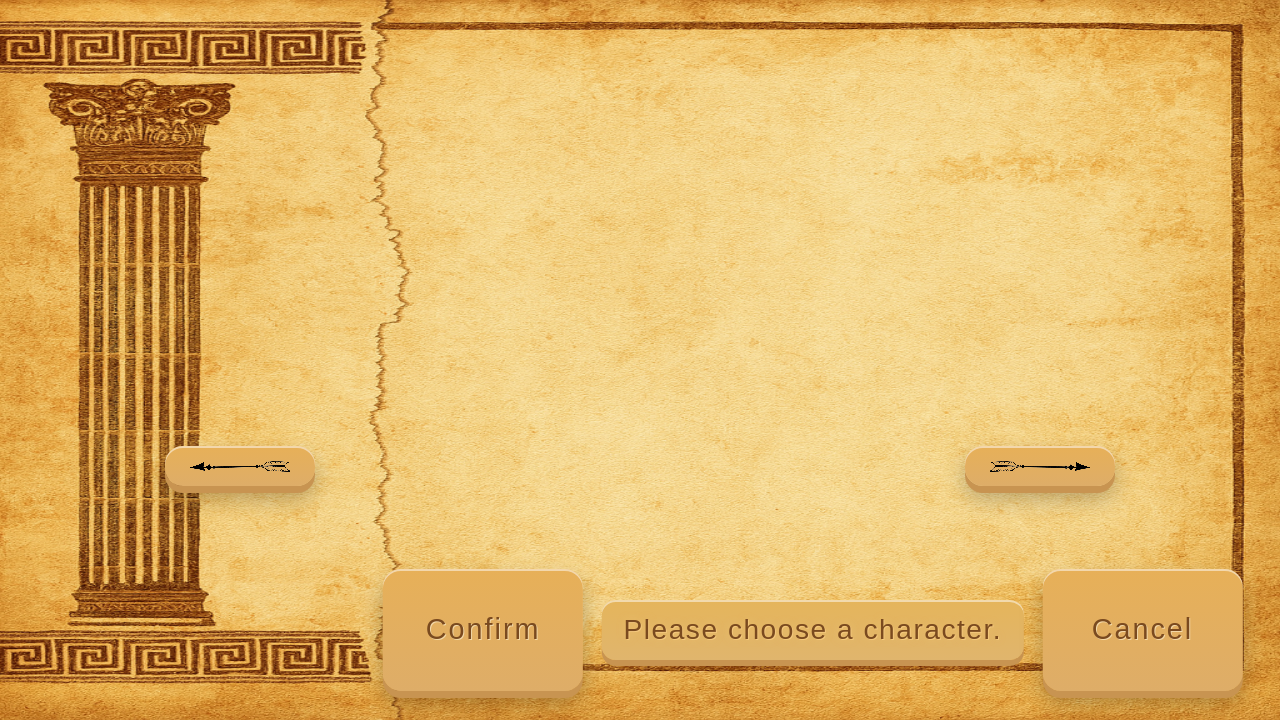
Repository: brianabariteau/Web-1-Final-Project-2025
Page: features/character-selection/character-selection.html
These files come from the project's save history. The page is drawn as it stood at one moment and after the next save; the edit follows.
The browser window is 1280 px wide. The pictures show the whole page.
The page's requests for data from a server got no answer. Some web fonts or font styles are not loaded; a fallback is used.

Above is the page before, as saved 2025-12-21 23:56:36.

### features/character-selection/character-selection.html
<!DOCTYPE html>
<html lang="en">
  <head>
    <meta charset="UTF-8" />
    <meta name="viewport" content="width=device-width, initial-scale=1.0" />
    <title>Player Selection</title>
    <link
      rel="icon"
      type="image/x-icon"
      href="../../assets/characters/zeus.png"
    />
    <link rel="stylesheet" href="./character-selection.css" />
    <script type="module" src="./character-selection.js" defer></script>
    <script
      src="https://code.jquery.com/jquery-3.7.1.min.js"
      integrity="sha256-/JqT3SQfawRcv/BIHPThkBvs0OEvtFFmqPF/lYI/Cxo="
      crossorigin="anonymous"
    ></script>
    <link
      href="https://fonts.googleapis.com/css2?family=Jersey+25&display=swap"
      rel="stylesheet"
    />
  </head>
  <body></body>
</html>

### features/character-selection/character-selection.css
/* -- General Page Layout -- */

body {
  margin: 0;
  padding: 0;
  width: 100vw;
  height: 100vh;
  overflow: hidden;

  display: flex;
  justify-content: center;
  align-items: center;

  position: relative;
  font-family: "Press Start 2P", monospace;
}

/* Full-screen background */
.background {
  position: absolute;
  inset: 0;
  width: 100%;
  height: 100%;
  z-index: -1;
}

/* -- Character Selector Grid [avatar1/2/3] -- */

.character-row {
  /*display: flex;
  justify-content: center;
  align-items: center;
  gap: 1rem;

  position: absolute;
  top: 10%;
  width: 100%;*/
  display: flex;
  justify-content: center;
  align-items: center;
  gap: 1rem;
  width: 100%;
  position: relative; /* not absolute */
}

/* All avatar boxes */
.avatar1,
.avatar2,
.avatar3 {
  /*width: 340px;
  height: 450px;*/
  width: min(28vw, 370px); /* 28% of viewport width, max 340px */
  height: min(28vw, 440px);

  background: transparent;
  border: none;
  padding: 0;

  position: relative;
  cursor: pointer;
  transition: transform 120ms ease;
}

.avatar1:hover,
.avatar2:hover,
.avatar3:hover {
  transform: scale(1.05);
}

/* The decorative box asset */
.background-boxes {
  position: absolute;
  inset: 0;
  width: 100%;
  height: 100%;
  object-fit: fill;
  z-index: 0;
  pointer-events: none;
}

/* If later you put the character image inside an avatar */
.player-avatar {
  position: relative;
  z-index: 1;
  width: 140px;
  height: auto;
  image-rendering: pixelated;
}

/* Info inside the avatar (optional) */
.player-info {
  position: relative;
  z-index: 2;
  color: brown;
  text-shadow: 2px 2px #000;
  font-size: 14px;
  text-align: left;
  margin-left: 10px;
}

/* ───────────── SCROLL ARROWS ABOVE TEXT BOX ───────────── */

.scroll-arrows {
  width: min(200vw, 950px); /* narrower than full screen */
  margin: 0 auto;
  display: flex;
  justify-content: space-between; /* left arrow on left, right arrow on right */
  align-items: center;

  padding: 0 5vw; /* adjusts how far arrows sit from edges */
  position: relative;
  z-index: 15;
  gap: 8rem;
}

/* =========================
   ARROW BUTTON BASE
========================= */
.left-arrow,
.right-arrow {
  width: 150px;
  height: 40px;

  background: linear-gradient(to bottom, #e7b058, #dead68);
  border-radius: 18px;
  border: none;

  display: flex;
  align-items: center;
  justify-content: center;

  cursor: pointer;

  box-shadow: inset 0 2px 0 rgba(255, 255, 255, 0.5), 0 7px 0 #c89451,
    0 12px 22px rgba(0, 0, 0, 0.25);

  transition: transform 0.15s ease, box-shadow 0.15s ease, filter 0.15s ease;
}

.left-arrow:hover,
.right-arrow:hover {
  filter: brightness(1.05);

  box-shadow: inset 0 2px 0 rgba(255, 255, 255, 0.6), 0 7px 0 #c89451,
    0 0 18px rgba(255, 210, 130, 0.7), 0 0 36px rgba(255, 200, 100, 0.4);
}

.left-arrow:active,
.right-arrow:active {
  transform: translateY(5px);

  box-shadow: inset 0 2px 0 rgba(255, 255, 255, 0.4), 0 3px 0 #c89451;
}

.arrowImg {
  width: 100px;
  height: auto;
  image-rendering: pixelated;
  pointer-events: none;
}

.switch-characters {
  display: flex;
  flex-direction: column;
  align-items: center;
  gap: 1rem; /* space between avatars and arrows */

  width: min(90vw, 1200px);
  position: absolute;
  top: 10%;
  width: 100%;
}

/* Every stat becomes a tooltip target */
.stat {
  position: relative;
  cursor: help;
}

/* Tooltip bubble */
.stat:hover::after {
  content: attr(data-info);
  position: absolute;
  left: 50%;
  bottom: 120%;
  transform: translateX(-50%);

  width: max-content;
  max-width: 220px;

  background: rgba(0, 0, 0, 0.9);
  color: white;
  padding: 8px 10px;
  border-radius: 6px;
  font-size: 10px;
  line-height: 1.2;
  text-shadow: none;

  pointer-events: none;
  z-index: 999;
}

/* Tooltip arrow */
.stat:hover::before {
  content: "";
  position: absolute;
  left: 50%;
  bottom: 110%;
  transform: translateX(-50%);

  border-width: 6px;
  border-style: solid;
  border-color: rgba(0, 0, 0, 0.9) transparent transparent transparent;

  z-index: 998;
}

/* ───────────── TEXT BOX (your .box image) ───────────── */

.bottom-panel {
  position: absolute;
  /*bottom: -3%;  how far from bottom of screen */
  bottom: 4%;
  left: 60%;
  /*transform: translateX(-30%);  center horizontally */
  transform: translateX(-45%);

  width: min(70vw, 900px);
  /*width: 40%;  adjust width as needed */
  /*max-width: 900px; */

  display: grid;
  grid-template-columns: 1fr auto 1fr; /* left | center | right */
  align-items: center;
  justify-items: center;
  margin: 0;

  z-index: 10;
}

.box {
  font-size: clamp(1.4rem, 2.2vw, 2rem);
  color: #7a4a1f;
  letter-spacing: 1.5px;

  text-shadow: 1px 1px 0 #f4c87d, 0 0 8px rgba(255, 210, 130, 0.35);

  background: linear-gradient(to bottom, #e5b55b, #e0b56d);
  padding: 14px 22px;
  border-radius: 14px;

  box-shadow: inset 0 2px 0 rgba(255, 255, 255, 0.5), 0 6px 0 #c89451;

  pointer-events: none;
}

/* ───────────── CONFIRM + CANCEL BUTTONS ───────────── */

.button-left,
.button-right {
  display: flex;
  justify-content: center;
  align-items: center;
}

.buttons {
  display: flex;
  gap: 0rem; /* spacing between confirm/cancel */
  position: relative; /* NOT absolute */
  z-index: 10;
}

.confirm,
.cancel {
  min-width: 200px;
  padding: 16px 30px;

  background: linear-gradient(to bottom, #e7b058, #dead68);
  border: none;
  border-radius: 18px;

  cursor: pointer;

  box-shadow: inset 0 2px 0 rgba(255, 255, 255, 0.5), 0 7px 0 #c89451,
    0 12px 22px rgba(0, 0, 0, 0.25);

  transition: transform 0.15s ease, box-shadow 0.15s ease, filter 0.15s ease;
}

.confirm p,
.cancel p {
  font-size: 1.8rem;
  letter-spacing: 2px;
  color: #7a4a1f;

  text-shadow: 1px 1px 0 #f3d8a8;
}

.confirm:hover,
.cancel:hover {
  filter: brightness(1.05);

  box-shadow: inset 0 2px 0 rgba(255, 255, 255, 0.6), 0 7px 0 #c89451,
    0 0 18px rgba(255, 210, 130, 0.7), 0 0 36px rgba(255, 200, 100, 0.4);
}

.confirm:active,
.cancel:active {
  transform: translateY(5px);

  box-shadow: inset 0 2px 0 rgba(255, 255, 255, 0.4), 0 3px 0 #c89451;
}

/* Position them near bottom-right like your drawing */
.cancel {
  right: 10%;
}

/* ───────────── CHARACTERS ───────────── */
.character {
  position: relative;
  z-index: 10; /* ensures text appears above the background box */
  color: rgb(133, 74, 18);
  justify-items: center;
  text-align: center;
  display: flex;
  object-fit: contain;
  /*padding: 12px 20px;*/
  padding-top: 50px;
  width: 100%;
  height: 100%;
  font-family: "Press Start 2P", monospace; /* matches your game font */
  text-shadow: 2px 2px 0px #ffffff; /* retro look */
}

.inner-character {
  width: 100%; /* smaller than full box so borders show */
  height: 70%; /* keep some space top/bottom */
  padding: 0.4rem; /* small internal padding */
  box-sizing: border-box;

  display: flex;
  flex-direction: column;
  align-items: center;
  justify-content: flex-start;
  gap: 0.1rem; /* tiny gaps between lines */

  overflow-y: auto; /* <-- important: scroll if too tall */
  scrollbar-width: none;
  -ms-overflow-style: none;
}
.character-inner::-webkit-scrollbar {
  display: none;
}

.character-inner h3 {
  margin: 0 0 4px 0;
  font-size: clamp(12px, 1.3vw, 16px);
}

.character-inner p {
  margin: 1px 0;
  font-size: clamp(10px, 1.1vw, 13px);
  line-height: 1.1;
}

/* Smaller sprite so it doesn't eat all vertical space */
.character-inner .character-img {
  width: 90px;
  height: auto;
  margin-bottom: 6px;
}

.character h3 {
  margin: 0 0 10px 0;
  /*font-size: 18px;*/
  font-size: clamp(14px, 1.6vw, 18px);
  letter-spacing: 1px;
}

.character p,
.powers-list {
  font-size: clamp(12px, 1.3vw, 14px);
}

.character p {
  margin: 3px 0;
  /*font-size: 14px;*/
  line-height: 1.2;
}

.powers-list {
  margin: 4px 0 0 16px;
  padding: 0;
  list-style-type: none;
  /*font-size: 14px;*/
}

.character-img {
  display: block;
  margin: 0 auto 10px auto; /* center horizontally + space underneath */
  width: 120px; /* adjust size */
  height: auto;
  image-rendering: pixelated;
  z-index: 5;
  pointer-events: none;
  background: transparent;
}

@media (max-width: 900px) {
  .character-row {
    flex-direction: column;
    top: 4%;
    gap: 0.5rem;
  }

  .avatar1,
  .avatar2,
  .avatar3 {
    width: 80vw;
  }
}

@media (max-width: 900px) {
  .bottom-panel {
    bottom: 2%;
    width: 90vw;
    grid-template-columns: auto;
    row-gap: 0.5rem;
  }

  .buttonImg {
    width: 120px;
  }
}

@media (max-width: 600px) {
  .arrowImg {
    width: 80px;
  }

  .scroll-arrows {
    gap: 1.5rem;
    bottom: 30%;
  }
}

@media (max-width: 600px) {
  .confirm,
  .cancel {
    min-width: 160px;
    padding: 14px 22px;
  }

  .confirm p,
  .cancel p {
    font-size: 1.4rem;
  }

  .box {
    font-size: 1.3rem;
  }
}

@media (max-width: 600px) {
  .left-arrow,
  .right-arrow {
    width: 70px;
    height: 70px;
  }

  .arrowImg {
    width: 32px;
  }
}

/* UI elements use same font as Start / Mode pages */
.confirm,
.cancel,
.box {
  font-family: "Jersey 25", sans-serif;
}

### features/character-selection/character-selection.js
"use strict";

import { fetchCharacters } from "../../services/character-api.js";
import { sortCharacters } from "../../utils/character-sorters.js";
let singlePlayer = localStorage.getItem("single player");
let multiPlayer = localStorage.getItem("multiplayer");

let characters = [];
let currentIndex = 0;

// * Player selection stuff
let selectedPlayer = null;

// * The Background Image
const background = $("<img>")
  .addClass("background")
  .attr("src", "./assets/parchment-background.png")
  .attr("alt", "Background");

// * Characters
function renderCharacters(character) {
  let powersList = "";

  if (Array.isArray(character.powers) && character.powers.length > 0) {
    for (const power of character.powers) {
      powersList += `<li>${power}</li>`;
    }
  } else {
    powersList = `<li>No Powers</li>`;
  }

  return `
    <div class="character">
      <div class="inner-character">
        <img class="character-img" src="${character.imgSrc}" alt="${character.name}"/>
        <h3 class="stat" data-info="${character.tier} - ${character.tierName}">${character.name}</h3>
        <p>HP: ${character.stats.hp}</p>
        <p>Attack: ${character.stats.attack}</p>
        <p>Defense: ${character.stats.defense}</p>
        <p>Speed: ${character.stats.speed}</p>
        <p>Power: ${character.stats.power}</p>
        <p>Resilience: ${character.stats.resilience}</p>
        <p>Stamina: ${character.stats.stamina}</p>
        <p class="stat" data-info="${character.stats.masteryDesc}">Domain Mastery: ${character.stats.domainMastery}</p>
        <p class="stat" data-info="${character.stats.traitDesc}">Special Trait: ${character.stats.specialTrait}</p>
      </div>
    </div>
  `;
}

// * All Characters
const characterRow = $("<div>").addClass("character-row");

// * Arrows + Avatars Div
const switchCharacters = $("<div>").addClass("switch-characters");

// * Avatar 1
const avatar1 = $("<button>").addClass("avatar1");
const avatar1BackgroundBox = $("<img>")
  .addClass("background-boxes")
  .attr("src", "./assets/parchment-box.png")
  .attr("alt", "Background Boxes");

$(avatar1).on("click", () => {
  const first = characters[currentIndex];
  selectCharacter(avatar1, first);
});

// * Avatar 2
const avatar2 = $("<button>").addClass("avatar2");
const avatar2BackgroundBox = $("<img>")
  .addClass("background-boxes")
  .attr("src", "./assets/parchment-box.png")
  .attr("alt", "Background Boxes");

$(avatar2).on("click", () => {
  const second = characters[(currentIndex + 1) % characters.length];
  selectCharacter(avatar2, second);
});

// * Avatar 3
const avatar3 = $("<button>").addClass("avatar3");
const avatar3BackgroundBox = $("<img>")
  .addClass("background-boxes")
  .attr("src", "./assets/parchment-box.png")
  .attr("alt", "Background Boxes");

$(avatar3).on("click", () => {
  const third = characters[(currentIndex + 2) % characters.length];
  selectCharacter(avatar3, third);
});

$(characterRow).append(avatar1, avatar2, avatar3);

function updateAvatarsDisplay() {
  if (!Array.isArray(characters) || characters.length === 0) return;

  const second = characters[(currentIndex + 1) % characters.length];
  const first = characters[currentIndex];
  const third = characters[(currentIndex + 2) % characters.length];

  $(avatar1).html(renderCharacters(first));
  $(avatar2).html(renderCharacters(second));
  $(avatar3).html(renderCharacters(third));

  $(avatar1).append(avatar1BackgroundBox.clone());
  $(avatar2).append(avatar2BackgroundBox.clone());
  $(avatar3).append(avatar3BackgroundBox.clone());
}

async function loadCharacters() {
  characters = await fetchCharacters();
  characters = sortCharacters(characters);
  currentIndex = 0;
  updateAvatarsDisplay();
}

function selectCharacter(avatarElement, character) {
  $(".avatar1, .avatar2, .avatar3").removeClass("selected");
  $(avatarElement).addClass("selected");
  selectedPlayer = character;
}

// * Text Box + Buttons
const bottomPanel = $("<div>").addClass("bottom-panel");

/*
// * Text Box Image
const textBox = $("<img>")
  .addClass("box")
  .attr("src", "./assets/choose-character-text.png")
  .attr("alt", "Text Box"); */
const textBox = $("<p>").addClass("box").text("Please choose a character.");

// * Buttons
const leftButton = $("<div>").addClass("left-button");
const rightButton = $("<div>").addClass("right-button");

// * Confirm Button
const confirmButton = $("<button>").addClass("confirm");
const confirmText = $("<p>").text("Confirm");
/*const confirmImg = $("<img>")
  .addClass("buttonImg")
  .attr("src", "./assets/parchment-confirm-button.png")
  .attr("alt", "Confirm Button Image");  */

$(confirmButton).append(confirmText);
$(confirmButton).on("click", () => {
  if (!selectedPlayer) {
    alert("Please select a character first!");
    return;
  }

  localStorage.setItem("selectedCharacter", JSON.stringify(selectedPlayer));

  window.location.href = "../main-menu/main-menu.html";
});

// * Cancel Button
const cancelButton = $("<button>").addClass("cancel");
const cancelText = $("<p>").text("Cancel");
/*const cancelImg = $("<img>")
  .addClass("buttonImg")
  .attr("src", "./assets/parchment-cancel-button.png")
  .attr("alt", "Cancel Button Image"); */

$(cancelButton).append(cancelText);
$(cancelButton).on("click", () => {
  if (selectedPlayer === null) {
    window.location.href = "../main-menu/index.html";
  }

  selectedPlayer = null;
  $(avatar1).css("box-shadow", "none");
  $(avatar2).css("box-shadow", "none");
  $(avatar3).css("box-shadow", "none");
});

leftButton.append(confirmButton);
$(rightButton).append(cancelButton);
$(bottomPanel).append(confirmButton, textBox, cancelButton);

// * Scroll Arrows
const scrollArrows = $("<div>").addClass("scroll-arrows");

// * Left Arrow
const leftArrow = $("<button>").addClass("left-arrow");
const leftArrowImg = $("<img>")
  .addClass("arrowImg")
  .attr("src", "./assets/left-arrow.png")
  .attr("alt", "Left Arrow");

$(leftArrow).on("click", () => {
  currentIndex = (currentIndex - 1 + characters.length) % characters.length;
  selectedPlayer = null;
  $(avatar1).css("box-shadow", "none");
  $(avatar2).css("box-shadow", "none");
  $(avatar3).css("box-shadow", "none");
  updateAvatarsDisplay();
});
$(leftArrow).append(leftArrowImg);

// * Right Arrow
const rightArrow = $("<button>").addClass("right-arrow");
const rightArrowImg = $("<img>")
  .addClass("arrowImg")
  .attr("src", "./assets/right-arrow.png")
  .attr("alt", "Right Arrow");

$(rightArrow).on("click", () => {
  currentIndex = (currentIndex + 1) % characters.length;
  selectedPlayer = null;
  $(avatar1).css("box-shadow", "none");
  $(avatar2).css("box-shadow", "none");
  $(avatar3).css("box-shadow", "none");
  updateAvatarsDisplay();
});
$(rightArrow).append(rightArrowImg);

$(scrollArrows).append(leftArrow, rightArrow);
$(switchCharacters).append(characterRow, scrollArrows);

$("body").append(background, switchCharacters, bottomPanel);

loadCharacters();

### utils/character-sorters.js
"use strict";
export function sortCharacters(characters) {
  return characters.sort((characterA, characterB) => {
    const scoreA =
      characterA.stats.attack * 2 +
      characterA.stats.power * 2 +
      characterA.stats.defense +
      characterA.stats.hp +
      characterA.stats.speed;

    const scoreB =
      characterB.stats.attack * 2 +
      characterB.stats.power * 2 +
      characterB.stats.defense +
      characterB.stats.hp +
      characterB.stats.speed;

    return scoreB - scoreA;
  });
}

Loaded but not shown: services/character-api.js (396 lines, source omitted)

After the next save:
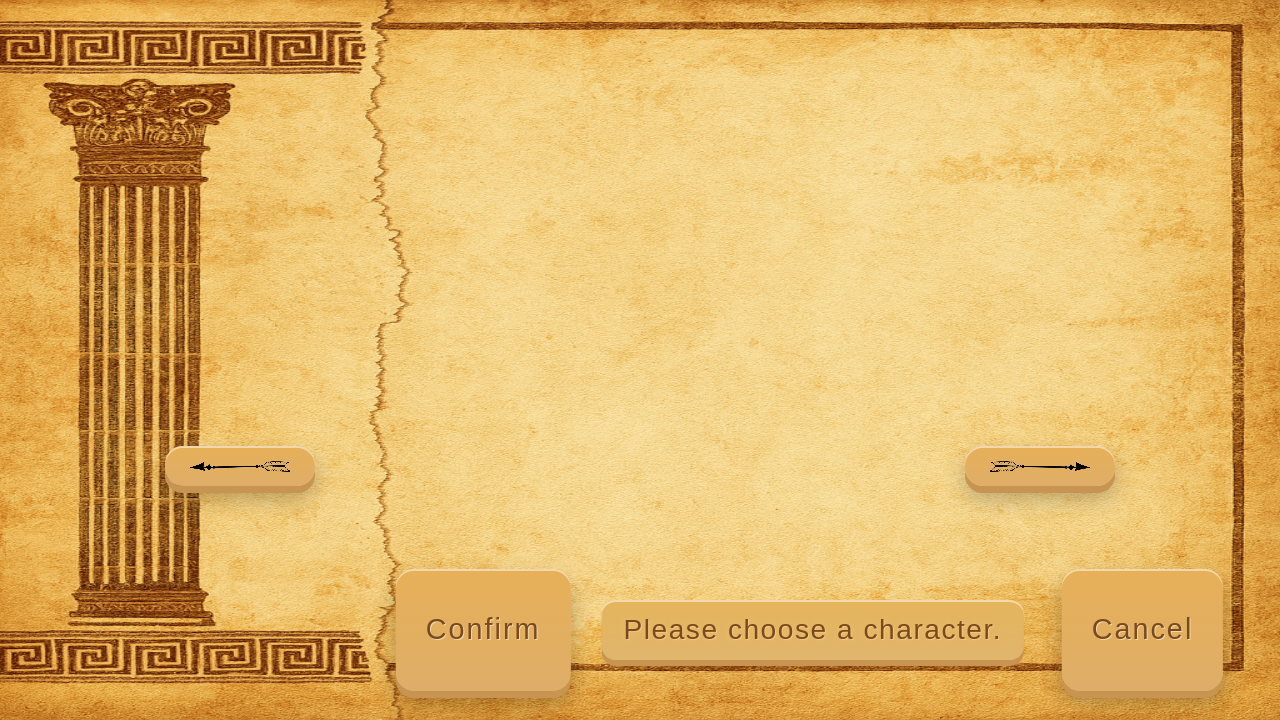
Saved 51 s later.
--- a/features/character-selection/character-selection.css
+++ b/features/character-selection/character-selection.css
@@ -272,8 +272,9 @@ body {
 
 .confirm,
 .cancel {
-  min-width: 200px;
+  min-width: 150px;
   padding: 16px 30px;
+  height: auto;
 
   background: linear-gradient(to bottom, #e7b058, #dead68);
   border: none;
